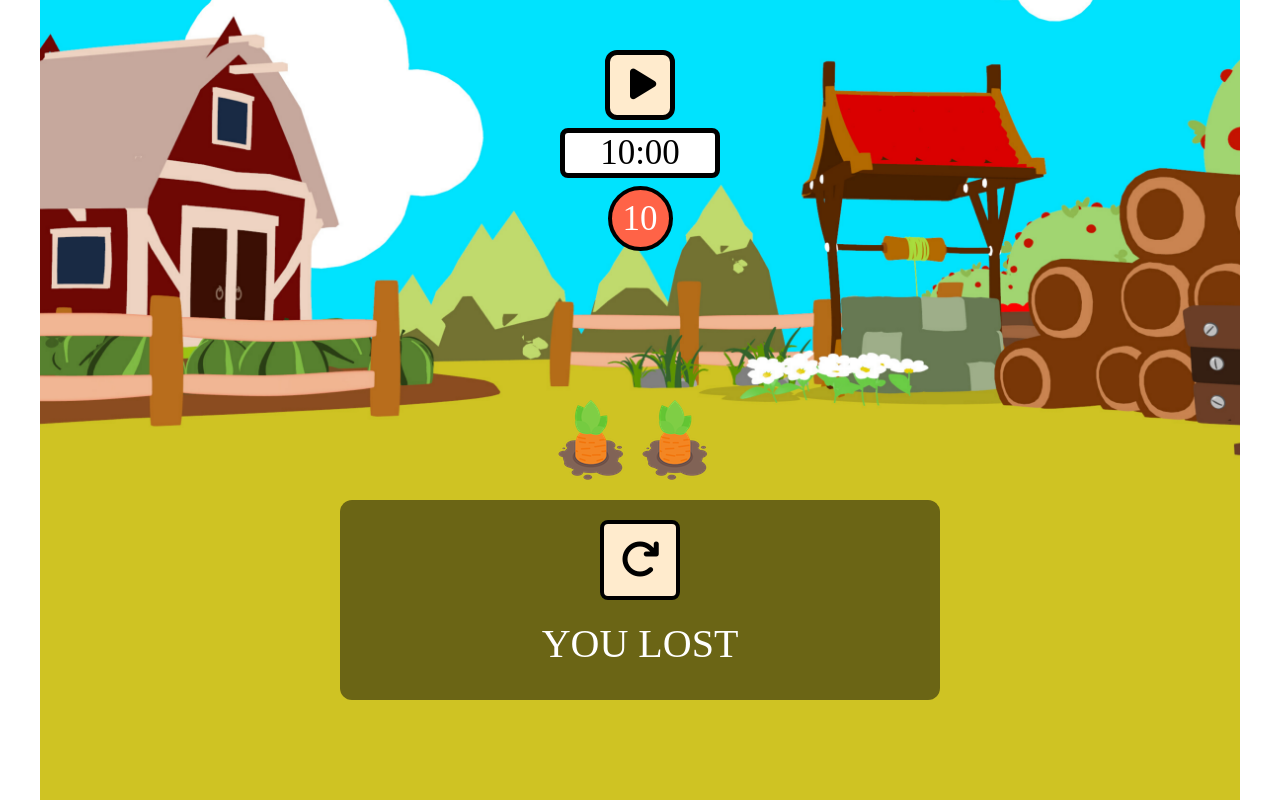
Repository: keehoonjung/Bug-Game
Page: index.html
These files come from the project's save history. The page is drawn as it stood at one moment and after the next save; the edit follows.
The browser window is 1280 px wide. The pictures show the whole page.
Some web libraries are served in a nearby version.

Above is the page before, as saved 2021-08-10 11:29:03.

After the next save:
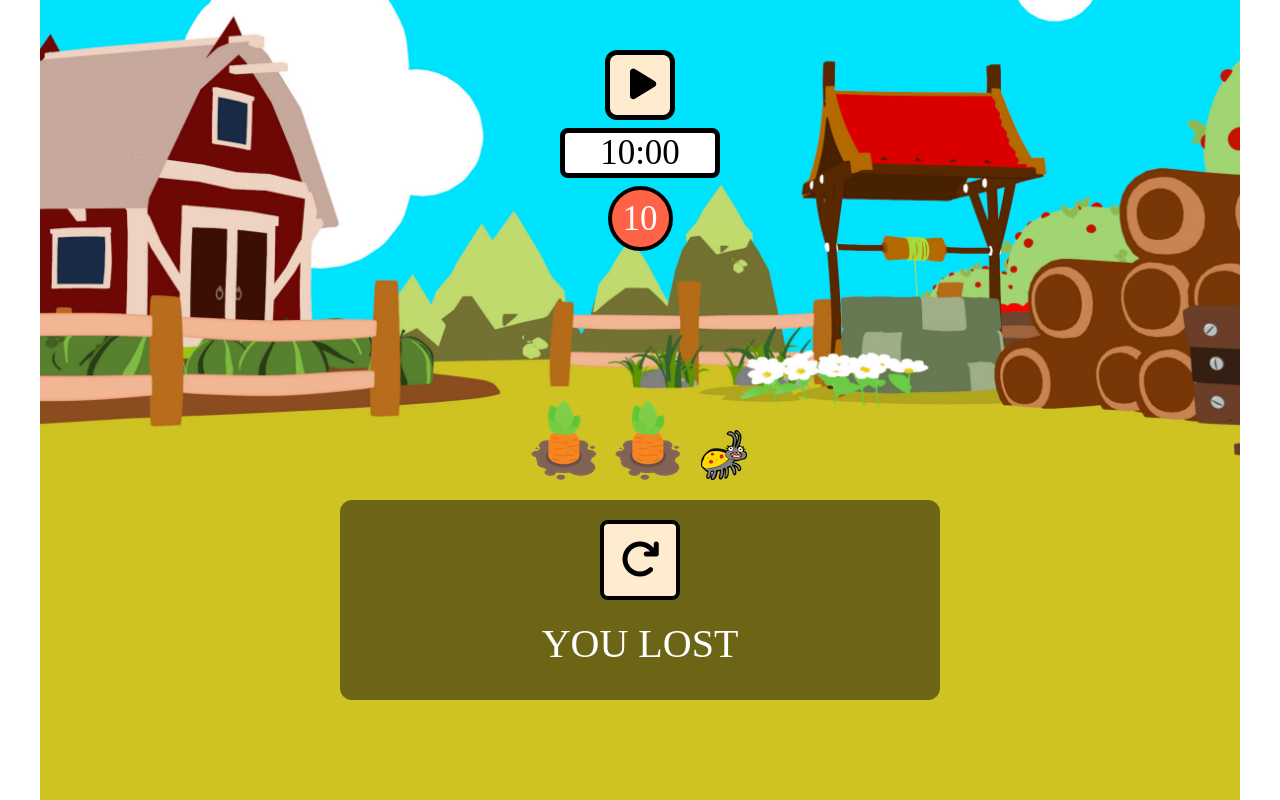
Saved 2 min 12 s later.
--- a/index.html
+++ b/index.html
@@ -23,6 +23,7 @@
         <section class="playground">
             <img src="./img/carrot.png" alt="carrot">
             <img src="./img/carrot.png" alt="carrot">
+            <img src="./img/bug.png" alt="bug">
         </section>
         <div class="popup">
             <button class="popup__btn">
